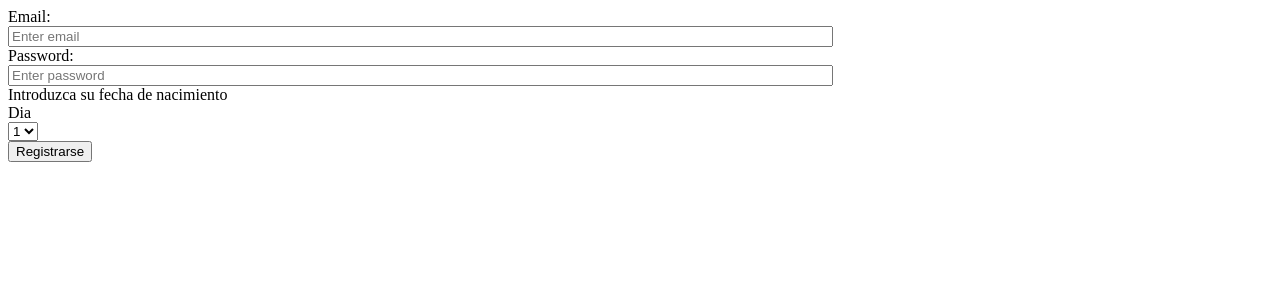
Repository: Adriansen8/GamerArts
Page: http://localhost/html/registro.php
These files come from the project's save history. The page is drawn as it stood at one moment and after the next save; the edit follows.
The browser window is 1280 px wide. The pictures show the whole page.
The page is run by PHP 8.4 with error messages shown; the project is at /var/www/html/.

Above is the page before, as saved 2016-03-22 11:21:35.

After the next save:
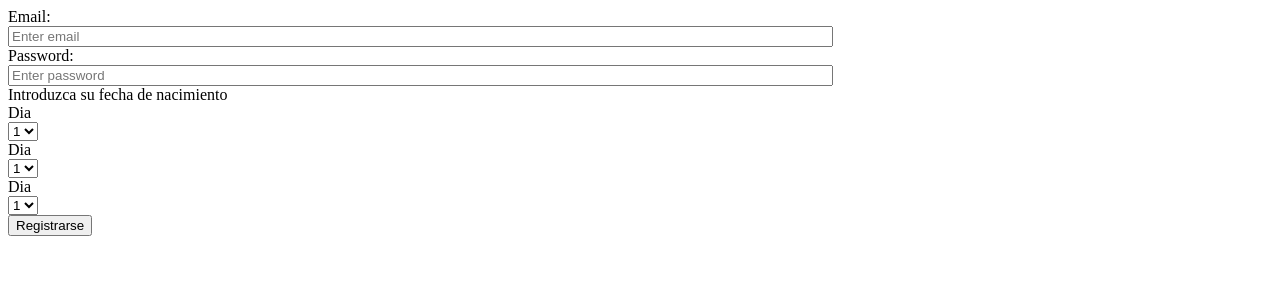
Saved 25 s later.
--- a/Proyecto/html/registro.php
+++ b/Proyecto/html/registro.php
@@ -32,6 +32,25 @@
 	        <option>4</option>
 	      </select>
 	      </div>
+	      <label class="control-label col-sm-2" for="sel1">Dia</label>
+	      <div class="col-sm-4">
+	      <select class="form-control" id="sel1">
+	        <option>1</option>
+	        <option>2</option>
+	        <option>3</option>
+	        <option>4</option>
+	      </select>
+	      </div>
+	      <label class="control-label col-sm-2" for="sel1">Dia</label>
+	      <div class="col-sm-4">
+	      <select class="form-control" id="sel1">
+	        <option>1</option>
+	        <option>2</option>
+	        <option>3</option>
+	        <option>4</option>
+	      </select>
+	      </div>
+
       </div>
       <div class="form-group">
         <div class="col-sm-offset-2 col-sm-10">
